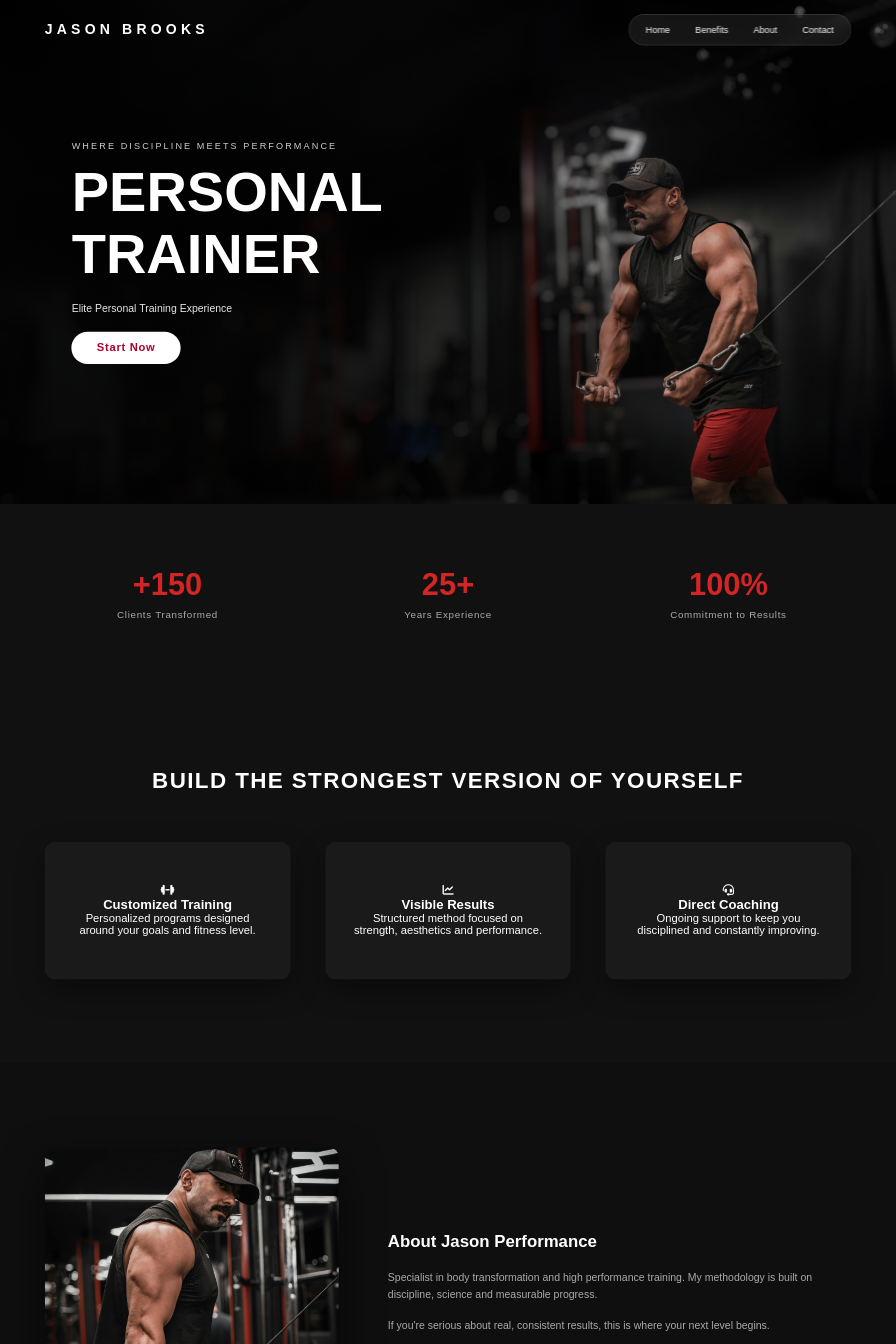
Repository: davidfsillva/Jason-Brooks
Page: index.html
These files come from the project's save history. The page is drawn as it stood at one moment and after a run of saves; the edit follows.
The browser window is 1280 px wide. The pictures show the part of the page from y = 0 to 1920 px (the page is 3042 px tall), at 70% of full size.
Some web fonts or font styles are not loaded; a fallback is used.

Above is the page before, as saved 2026-02-21 16:47:45.

### index.html
<!DOCTYPE html>
<html lang="en">
<head>
    <!-- META SEO -->
    <meta charset="UTF-8">
    <meta name="viewport" content="width=device-width, initial-scale=1.0">

    <title>Axon Performance | Personal Trainer</title>
    <meta name="description" content="Personal trainer focused on performance, aesthetics and real physical transformation. Customized training programs for serious results.">

    <!-- Open Graph -->
    <meta property="og:title" content="Axon Performance | Personal Trainer">
    <meta property="og:description" content="Customized training programs focused on performance and transformation.">
    <meta property="og:type" content="website">
    <meta property="og:image" content="https://yourdomain.com/preview.jpg">

    <!-- Font Awesome (removido duplicado) -->
    <link rel="stylesheet" href="https://cdnjs.cloudflare.com/ajax/libs/font-awesome/6.5.1/css/all.min.css">

    <!-- Canonical -->
    <link rel="canonical" href="https://yourdomain.com/">

    <!-- CSS -->
    <link rel="stylesheet" href="style.css">

    <!-- JS -->
    <script src="script.js" defer></script>
</head>

<body>

    <!-- ================= HEADER ================= -->
    <header class="header">
        <div class="container nav-container">
            <div class="logo">JASON BROOKS </div>

            <nav class="nav" id="nav">
                <a href="#home" class="active">Home</a>
                <a href="#benefits">Benefits</a>
                <a href="#about">About</a>
                <a href="#contact">Contact</a>
            </nav>

            <button
                class="menu-toggle"
                id="menu-toggle"
                aria-label="Toggle navigation menu"
                aria-expanded="false">

                <span class="hamburger">
                    <span></span>
                    <span></span>
                    <span></span>
                </span>

            </button>
        </div>
    </header>

    <!-- ================= HERO ================= -->
    <section class="hero">

        <div class="hero-overlay"></div>

        <div class="hero-content">
            <p class="hero-small">Where Discipline Meets Performance</p>
            <h1>PERSONAL<br>TRAINER</h1>
            <p class="hero-sub">Elite Personal Training Experience</p>
            <a href="#" class="btn-primary">Start Now</a>
        </div>

    </section>

    <!-- ================= STATS ================= -->
    <section class="stats">
        <div class="container stats-grid">
            <div class="stat-item">
                <h3>+150</h3>
                <p>Clients Transformed</p>
            </div>
            <div class="stat-item">
                <h3>25+</h3>
                <p>Years Experience</p>
            </div>
            <div class="stat-item">
                <h3>100%</h3>
                <p>Commitment to Results</p>
            </div>
        </div>
    </section>

    <!-- ================= BENEFITS ================= -->
    <section class="benefits" id="benefits">
        <div class="container">
            <h2 class="section-title fade-in">Build the Strongest Version of Yourself</h2>

            <div class="benefits-grid">

                <div class="benefit-card fade-in">
                    <i class="fa-solid fa-dumbbell"></i>
                    <h3>Customized Training</h3>
                    <p>Personalized programs designed around your goals and fitness level.</p>
                </div>

                <div class="benefit-card fade-in">
                    <i class="fa-solid fa-chart-line"></i>
                    <h3>Visible Results</h3>
                    <p>Structured method focused on strength, aesthetics and performance.</p>
                </div>

                <div class="benefit-card fade-in">
                    <i class="fa-solid fa-headset"></i>
                    <h3>Direct Coaching</h3>
                    <p>Ongoing support to keep you disciplined and constantly improving.</p>
                </div>

            </div>
        </div>
    </section>

    <!-- ================= ABOUT ================= -->
    <section class="about" id="about">
        <div class="container about-container fade-in">

            <div class="about-image">
                <img src="img/hero2.webp" alt="Professional personal trainer coaching client">
            </div>

            <div class="about-text">
                <h2>About Jason Performance</h2>
                <p>
                    Specialist in body transformation and high performance training.
                    My methodology is built on discipline, science and measurable progress.
                </p>
                <p>
                    If you're serious about real, consistent results,
                    this is where your next level begins.
                </p>
                <a href="#contact" class="btn-secondary">Work With Me</a>
            </div>

        </div>
    </section>

    <!-- ================= CTA ================= -->
    <section class="cta" id="contact">
        <div class="container fade-in">
            <h2>Ready to Elevate Your Performance?</h2>
            <p>Fill out the form below and start your transformation today.</p>

            <form id="contact-form" class="contact-form" novalidate>
                <input
                    type="text"
                    id="name"
                    placeholder="Your Name"
                    required
                    aria-label="Your Name">

                <input
                    type="email"
                    id="email"
                    placeholder="Your Email"
                    required
                    aria-label="Your Email">

                <button type="submit" class="btn-primary">
                    Start Now
                </button>

                <p id="form-message" role="alert"></p>
            </form>
        </div>
    </section>

    <!-- ================= FOOTER ================= -->
    <footer class="footer">
        <p>© 2026 Jason Brooks - All Rights Reserved</p>
    </footer>

</body>
</html>

### style.css
/* ================= FONT ================= */
@font-face {
    font-family: 'TT Answer';
    src: url('fonts/TTAnswer-Regular.woff2') format('woff2');
    font-weight: 400;
    font-style: normal;
}

@font-face {
    font-family: 'TT Answer';
    src: url('fonts/TTAnswer-Medium.woff2') format('woff2');
    font-weight: 500;
    font-style: normal;
}

@font-face {
    font-family: 'TT Answer';
    src: url('fonts/TTAnswer-Bold.woff2') format('woff2');
    font-weight: 700;
    font-style: normal;
}


/* ================= DESIGN SYSTEM ================= */
:root {
    --primary: #b0002a;
    --primary-light: #d32525;
    --dark: #0f0f0f;
    --dark-light: #1a1a1a;
    --text: #ffffff;
    --text-muted: #aaaaaa;
    --radius: 14px;
    --transition: 0.3s ease;
}


/* ================= RESET ================= */
* {
    margin: 0;
    padding: 0;
    box-sizing: border-box;
}

body {
    font-family: 'Playfair Display', sans-serif;
    background: var(--dark);
    color: var(--text);
    scroll-behavior: smooth;
    -webkit-font-smoothing: antialiased;

}

.container {
    width: 90%;
    max-width: 1200px;
    margin: auto;
}


/* ================= HEADER ================= */
header {
    position: fixed;
    top: 0;
    left: 0;
    width: 100%;
    padding: 20px 0;
    background: transparent;
    z-index: 10;
    transition: 0.3s ease;

}

.nav-container {
    display: flex;
    justify-content: space-between;
    align-items: center;
}

.logo {
    font-size: 20px;
    font-weight: 700;
    letter-spacing: 6px;
    text-transform: uppercase;
}

/* ================= MENU PILL ================= */
.nav {
    display: flex;
    align-items: center;
    padding: 6px;
    border-radius: 40px;
    background: rgba(255,255,255,0.08);
    backdrop-filter: blur(12px);
    border: 1px solid rgba(255,255,255,0.15);
}

.nav a {
    text-decoration: none;
    color: white;
    font-size: 13px;
    font-weight: 500;
    padding: 8px 18px;
    border-radius: 30px;
    transition: 0.3s ease;
}

.nav a.active {
    background: rgba(255, 255, 255, 0.185);
    color: white;
}

.nav a:hover {
    color: var(--primary-light);
}

.menu-toggle {
    display: none;
    font-size: 26px;
    cursor: pointer;
}

.header.scrolled {
    background: rgba(0,0,0,0.85);
    padding: 15px 0;
}

/* ================= HAMBURGER PREMIUM ================= */

.menu-toggle {
    background: none;
    border: none;
    cursor: pointer;
    display: none;
    z-index: 1100;
}

.hamburger {
    width: 28px;
    height: 20px;
    position: relative;
    display: flex;
    flex-direction: column;
    justify-content: space-between;
    transition: 0.4s ease;
}

.hamburger span {
    height: 2px;
    width: 100%;
    background: var(--text);
    border-radius: 2px;
    transition: 0.4s ease;
    transform-origin: center;
}

/* ================= ANIMAÇÃO ATIVO ================= */

.menu-toggle.active .hamburger {
    transform: rotate(180deg);
}

.menu-toggle.active .hamburger span:nth-child(1) {
    transform: translateY(9px) rotate(45deg);
}

.menu-toggle.active .hamburger span:nth-child(2) {
    opacity: 0;
}

.menu-toggle.active .hamburger span:nth-child(3) {
    transform: translateY(-9px) rotate(-45deg);
}



/* ================= HERO ================= */
.hero {
    min-height: 100vh;
    width: 100%;
    position: relative;
    display: flex;
    align-items: center;
    justify-content: flex-start; /* joga conteúdo para esquerda */
    padding: 0 8%;
    overflow: hidden;

    background: url("img/Design sem nome (2).png") right center / cover no-repeat;
}

.hero-overlay {
    position: absolute;
    inset: 0;
    z-index: 1;

    background:
        linear-gradient(
            90deg,
            rgba(0,0,0,0.85) 0%,
            rgba(0,0,0,0.75) 35%,
            rgba(0,0,0,0.4) 60%,
            rgba(0,0,0,0.1) 80%,
            rgba(0,0,0,0) 100%
        );
}

.hero-content {
    position: relative;
    z-index: 2;
    max-width: 600px;
    text-align: left;
}

.hero-content h1 {
    font-size: 85px;
    line-height: 1.05;
}

.hero-small {
    font-size: 13px;
    letter-spacing: 3px;
    text-transform: uppercase;
    margin-bottom: 15px;
    opacity: 0.8;
}

.hero-content h1 {
    font-size: 80px;
    line-height: 1.1;
}

.hero-sub {
    margin: 25px 0;
    font-size: 15px;
    font-weight: 400;
    opacity: 0.9;
}

.hero-image-side {
    flex: 1;
    display: flex;
    justify-content: flex-end;
    align-items: center; /* centraliza verticalmente */
    padding-right: 70px;
}

.hero-image-side img {
    width: 95%;
    max-width: 480px;

    -webkit-mask-image: linear-gradient(
        135deg,
        transparent 0%,
        black 40%,
        black 60%,
        transparent 100%
    );

    mask-image: linear-gradient(
        135deg,
        transparent 0%,
        black 40%,
        black 60%,
        transparent 100%
    );
}




/* ================= BUTTONS ================= */
.btn-primary {
    display: inline-block;
    padding: 14px 36px;
    background: var(--text);
    color: var(--primary);
    text-decoration: none;
    font-weight: 600;
    border-radius: 30px;
    letter-spacing: 1px;
    transition: var(--transition);
}

.btn-primary:hover {
    background: var(--primary-light);
    color: white;
    transform: translateY(-3px);
}

.btn-secondary {
    display: inline-block;
    margin-top: 20px;
    padding: 12px 30px;
    border: 2px solid var(--primary);
    color: var(--primary);
    text-decoration: none;
    border-radius: 30px;
    font-weight: 500;
    transition: var(--transition);
}

.btn-secondary:hover {
    background: var(--primary);
    color: white;
}


/* ================= STATS ================= */
.stats {
    background: #111;
    padding: 90px 0;
    text-align: center;
}

.stats-grid {
    display: grid;
    grid-template-columns: repeat(auto-fit, minmax(200px, 1fr));
    gap: 50px;
}

.stat-item h3 {
    font-size: 44px;
    font-weight: 700;
    color: var(--primary-light);
}

.stat-item p {
    margin-top: 10px;
    font-size: 14px;
    color: var(--text-muted);
    letter-spacing: 1px;
}


/* ================= BENEFITS ================= */
.benefits {
    padding: 120px 0;
    background: #111;
    text-align: center;
}

.section-title {
    margin-bottom: 70px;
    font-size: 32px;
    font-weight: 700;
    letter-spacing: 2px;
    text-transform: uppercase;
}

.benefits-grid {
    display: grid;
    grid-template-columns: repeat(auto-fit, minmax(260px, 1fr));
    gap: 50px;
}

.benefit-card {
    background: var(--dark-light);
    padding: 60px 35px;
    border-radius: var(--radius);
    transition: var(--transition);
    box-shadow: 0 15px 40px rgba(0,0,0,0.4);
}

.benefit-card:hover {
    transform: translateY(-10px);
    background: #222;
}

.icon {
    font-size: 32px;
    color: var(--primary-light);
    margin-bottom: 25px;
    transition: 0.3s ease;
}

.benefit-card:hover .icon {
    transform: scale(1.15);
    color: white;
}


/* ================= ABOUT ================= */
.about {
    padding: 120px 0;
    background: var(--dark);
}

.about-container {
    display: flex;
    gap: 70px;
    align-items: center;
    flex-wrap: wrap;
}

.about-image img {
    width: 100%;
    max-width: 420px;
    border-radius: var(--radius);
    box-shadow: 0 25px 60px rgba(0,0,0,0.6);
}

.about-text {
    flex: 1;
}

.about h2 {
    margin-bottom: 25px;
    font-weight: 700;
}

.about p {
    margin-bottom: 18px;
    line-height: 1.7;
    font-size: 15px;
    color: var(--text-muted);
}


/* ================= CTA PREMIUM ================= */
.cta {
    padding: 140px 0;
    background: radial-gradient(circle at top left, rgba(255,0,80,0.25), transparent 60%),
                linear-gradient(120deg, #5a0015, #b0002a);
    text-align: center;
    position: relative;
}

.cta h2 {
    font-size: 36px;
    margin-bottom: 15px;
    letter-spacing: 2px;
    text-transform: uppercase;
}

.cta p {
    color: rgba(255,255,255,0.8);
    margin-bottom: 40px;
    font-size: 15px;
}

/* Card do formulário */
.contact-form {
    background: rgba(255,255,255,0.06);
    backdrop-filter: blur(18px);
    padding: 45px 35px;
    border-radius: 20px;
    display: flex;
    flex-direction: column;
    gap: 18px;
    max-width: 420px;
    margin: auto;
    box-shadow: 0 30px 60px rgba(0,0,0,0.5);
    border: 1px solid rgba(255,255,255,0.08);
}

/* Inputs */
.contact-form input {
    padding: 16px 20px;
    border-radius: 30px;
    border: 1px solid rgba(255,255,255,0.15);
    background: rgba(0,0,0,0.4);
    color: white;
    font-family: 'TT Answer', sans-serif;
    font-size: 14px;
    transition: 0.3s ease;
}

.contact-form input::placeholder {
    color: rgba(255,255,255,0.5);
}

.contact-form input:focus {
    border-color: var(--primary-light);
    box-shadow: 0 0 0 3px rgba(255,45,85,0.2);
    outline: none;
}

/* Botão */
.contact-form button {
    padding: 15px;
    border-radius: 30px;
    border: none;
    background: white;
    color: var(--primary);
    font-weight: 600;
    letter-spacing: 1px;
    cursor: pointer;
    transition: 0.3s ease;
}

.contact-form button:hover {
    background: var(--primary-light);
    color: white;
    transform: translateY(-3px);
    box-shadow: 0 10px 25px rgba(0,0,0,0.4);
}

/* Mensagem */
#form-message {
    margin-top: 12px;
    font-size: 14px;
    color: #ffffffcc;
}


/* ================= FOOTER ================= */
.footer {
    text-align: center;
    padding: 30px;
    background: #000;
    font-size: 13px;
    letter-spacing: 1px;
    color: var(--text-muted);
}


/* ================= ANIMATION ================= */
.fade-in {
    opacity: 0;
    transform: translateY(30px);
    transition: 0.8s ease;
}

.fade-in.visible {
    opacity: 1;
    transform: translateY(0);
}

section {
    scroll-margin-top: 120px;
}


/* ================= RESPONSIVE ================= */
@media(max-width: 768px) {

    .hero {
        flex-direction: column;
        text-align: center;
    }

    .hero-image-side {
        justify-content: center;
        margin-top: 30px;
    }

    .hero-content {
        text-align: center;
        padding-left: 0;
    }

    .hero h1 {
        font-size: 60px;
        letter-spacing: 10px;
    }

    .about-container {
        flex-direction: column;
        text-align: center;
    }

    .nav {
        position: absolute;
        top: 80px;
        right: 0;
        background: black;
        flex-direction: column;
        width: 220px;
        padding: 25px;
        display: none;
    }

    .nav.active {
        display: flex;
    }

    .menu-toggle {
        display: block;
    }
}

Loaded but not shown: script.js (124 lines, source omitted)

After the next 2 saves:
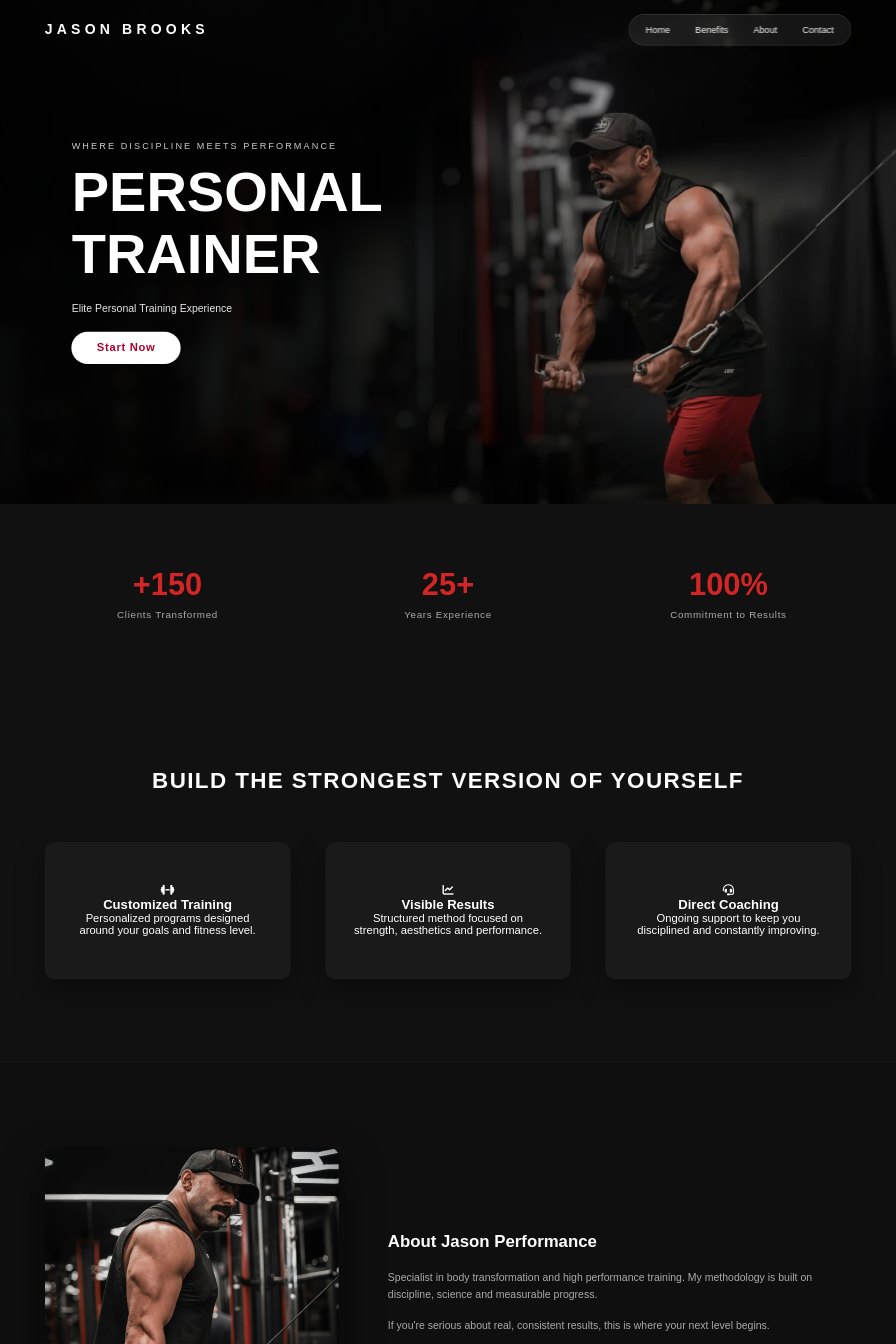
The 2 saves are shown as one change because they came seconds apart.
The last was saved 2 min 55 s later.
--- a/style.css
+++ b/style.css
@@ -184,7 +184,7 @@
     padding: 0 8%;
     overflow: hidden;
 
-    background: url("img/Design sem nome (2).png") right center / cover no-repeat;
+    background: url("img/herodes.webp") right center / cover no-repeat;
 }
 
 .hero-overlay {

After the save that followed:
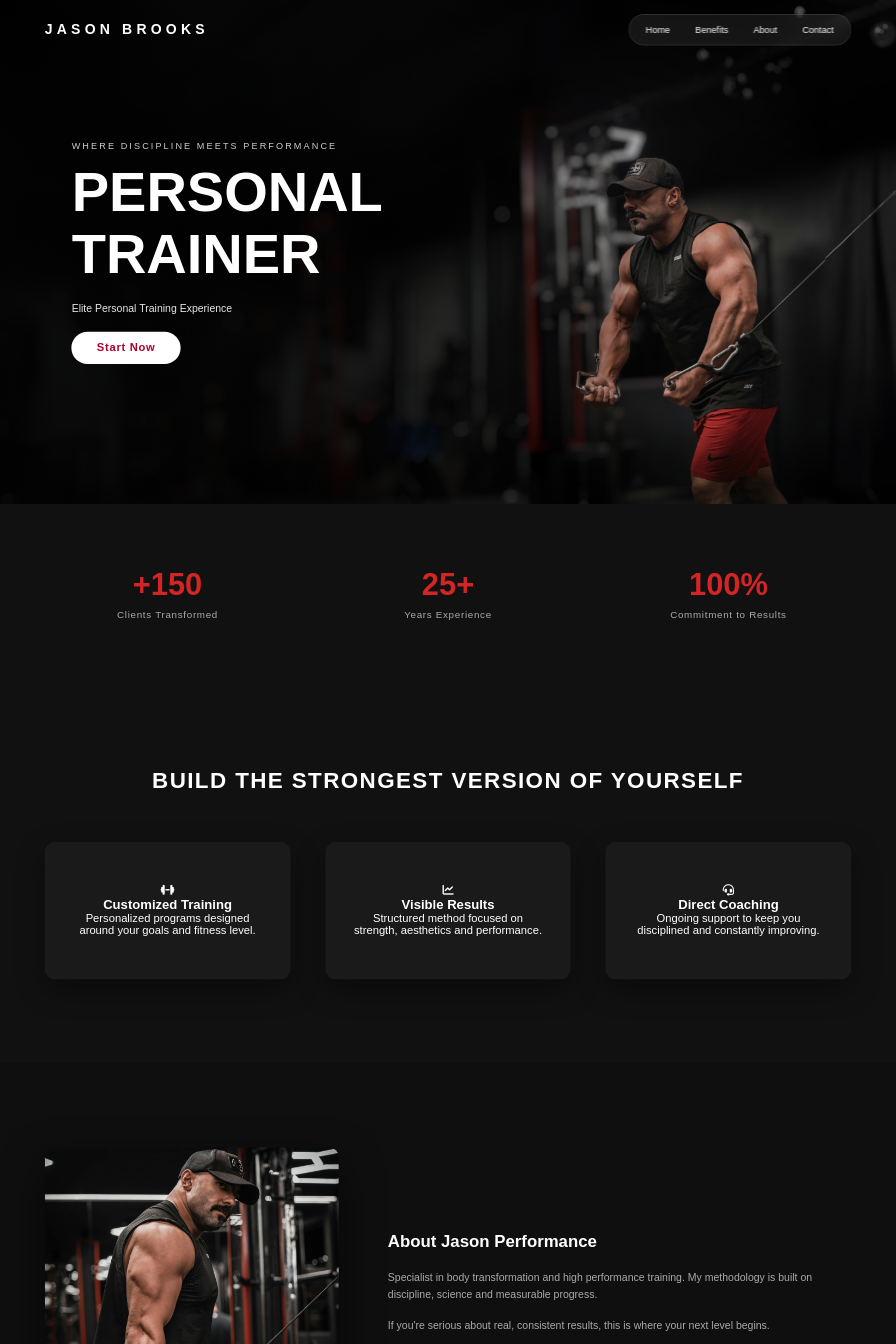
Saved 12 s later.
--- a/style.css
+++ b/style.css
@@ -184,7 +184,7 @@
     padding: 0 8%;
     overflow: hidden;
 
-    background: url("img/herodes.webp") right center / cover no-repeat;
+    background: url("img/Design sem nome (2).png") right center / cover no-repeat;
 }
 
 .hero-overlay {
